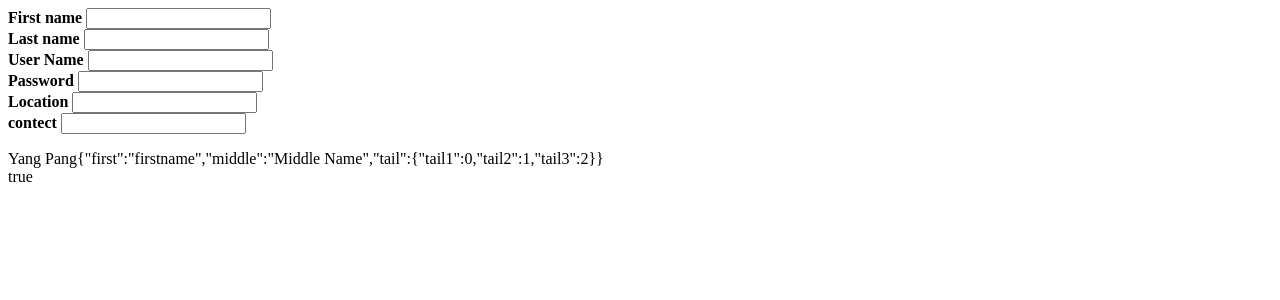
Repository: SeraYang/www
Page: http://localhost/app/index.php
An editor plug-in stored every save of this project. The page is shown before and after the next save, followed by the edit.
The browser window is 1280 px wide. The pictures show the whole page.
The page is run by PHP 8.4 with error messages shown; the project is at /var/www/html/.

Above is the page before, as saved 2016-01-28 04:41:04.

After the next save:
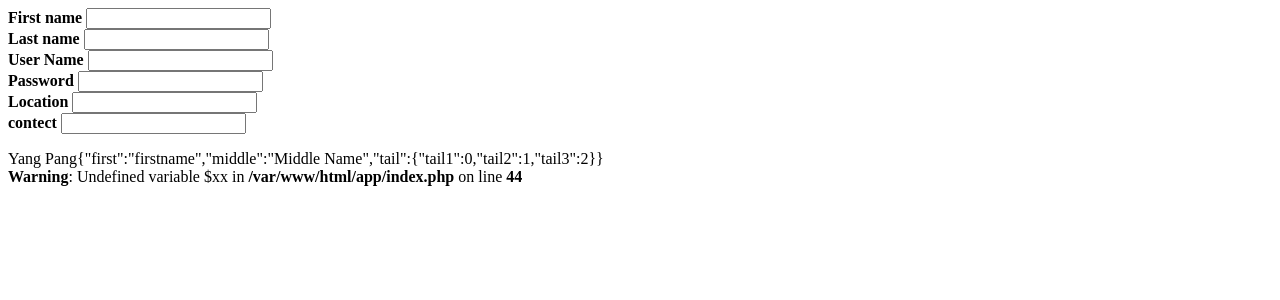
Saved 8 s later.
--- a/openhouse_app/app/index.php
+++ b/openhouse_app/app/index.php
@@ -38,7 +38,6 @@
 			$testarr['tail'] = array('tail1'=>0,'tail2'=>1,'tail3'=>2);
             echo json_encode($testarr);
             if($email){
-            	$xx = 'true';
             }else{
             	$xx = 'false';
             }
